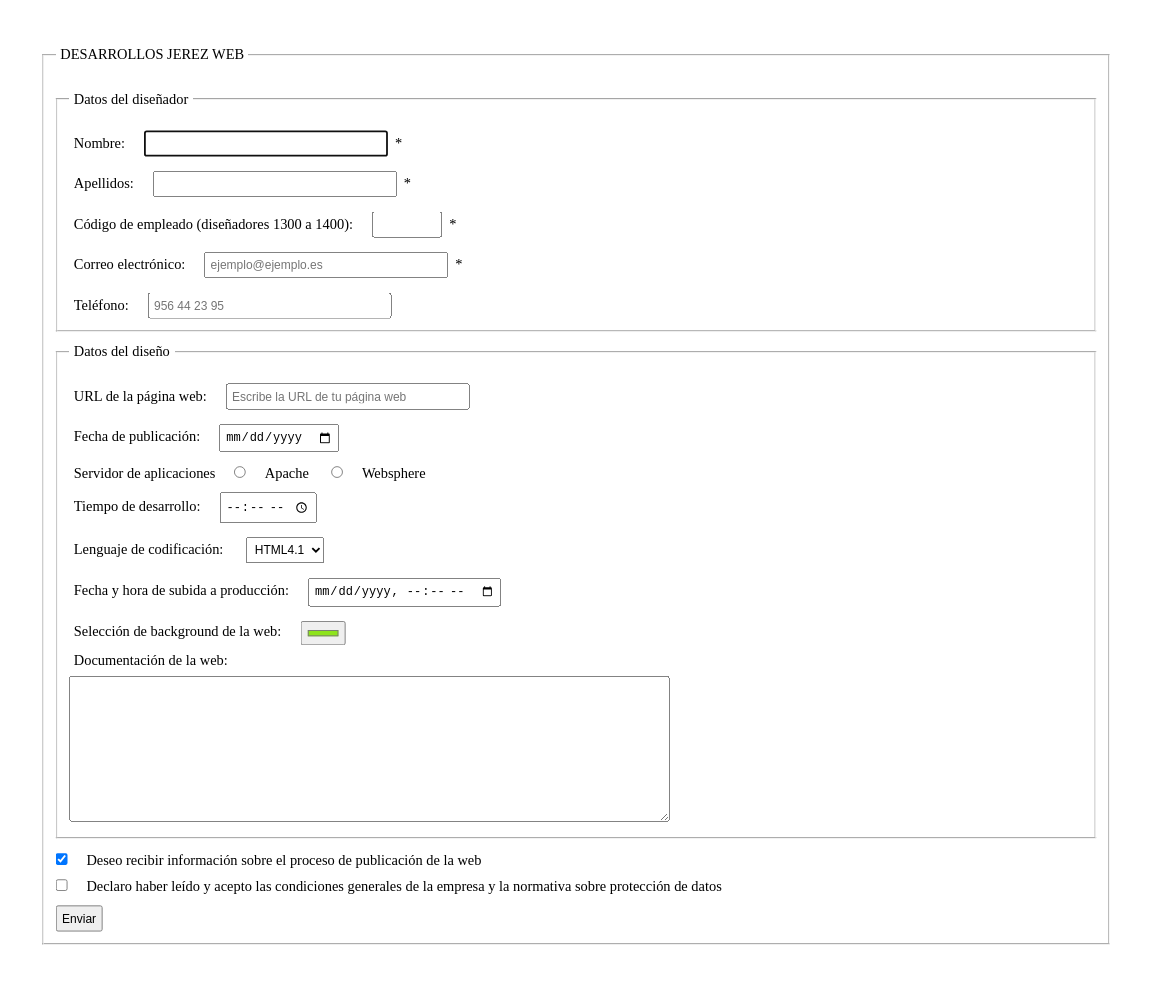
Repository: iSaan86/EV_Practica_FormularioCSS
Page: index.html
These files come from the project's save history. The page is drawn as it stood at one moment and after the next save; the edit follows.
The browser window is 1280 px wide. The pictures show the whole page, at 90% of full size.

Above is the page before, as saved 2024-01-11 17:22:52.

### index.html
<!DOCTYPE html>
<html lang="es-ES">

<head>
    <meta charset="UTF-8">
    <meta name="viewport" content="width=device-width, initial-scale=1.0">
    <meta name="keywords" content="formulario, html, css, practica">
    <meta name="description" content="Formularios">
    <meta name="author" content="Alexandra Ferrera Arenas">
    <link rel="icon" type="image/x-icon" href="img/logo-giro.png">
    <link rel="stylesheet" href="css/estilo.css">
    <title> Desarrollos JEREZ WEB </title>
</head>

<body>
    <!-- ABRO FORMULARIO -->
    <form method="get" action="" name="formulario1" id="formulario1">
        <!--AGRUPACION GENERAL-->
        <fieldset>
            <legend class="datos">DESARROLLOS JEREZ WEB</legend>
            <fieldset><legend class="datos2">Datos del diseñador</legend>
                <label for="nombre">Nombre:</label><input type="text" id="nombre" name="nombre" alt="indique su nombre" size="30%" autofocus required minlength="2" maxlength="50">*<br>
                <label for="apellidos">Apellidos:</label><input type="text" id="apellidos" name="apellidos" alt="indique sus apellidos" size="30%" required minlength="2" maxlength="50">*<br>
                <label for="codigo">Código de empleado (diseñadores 1300 a 1400):</label><input type="number" id="codigo" name="codigo" alt="indique su código de empleado" required min="1300" max="1400">*<br>
                <label for="email">Correo electrónico:</label><input type="email" id="email" name="email" alt="indique su email" size="30%" placeholder="ejemplo@ejemplo.es" required>*<br>
                <label for="telefono">Teléfono:</label><input type="tel" id="telefono"  name="telefono" alt="indique su telefono" size="30%" placeholder="956 44 23 95"><br>
            </fieldset>
            <fieldset><legend class="datos2">Datos del diseño</legend>
                <label for="url">URL de la página web:</label><input type="url" id="url" name="url" alt="indique la URL de la pagina web" size="30%" placeholder="Escribe la URL de tu página web"><br>
                <label for="fecha">Fecha de publicación:</label><input type="date" name="fecha" id="fecha"><br>
                <label for="servidor">Servidor de aplicaciones</label><input type="radio" id="apache" name="servidor" alt="verificar apache" value="Apache"><label for="hombre">Apache</label>
                <input type="radio" id="websphere" name="servidor" alt="verificar websphere" value="Websphere"><label for="mujer">Websphere</label><br>
                <label for="tiempo">Tiempo de desarrollo:</label><input type="time" name="tiempo" id="tiempo"><br>
                <label for="lenguaje">Lenguaje de codificación:</label>
                <select id="lenguaje" name="lenguaje" alt="Elija lenguaje de codificación"><br>
                    <option value="html4.1">HTML4.1</option>
                    <option value="xhtml">XHTML</option>
                    <option value="html5">HTML5</option>
                </select><br>
                <label for="fechayhora">Fecha y hora de subida a producción:</label><input type="datetime-local" name="fechayhora" size="30%"><br>
                <label for="fondo">Selección de background de la web:</label><input type="color" name="fondo" size="30%" value="#8ee41b"><br>
                <label for="areatexto">Documentación de la web:</label><br>
                <textarea name="areatexto" cols="80" rows="10"></textarea>
            </fieldset>
            <input type="checkbox" name="acepto1" id="acepto1" alt="Check acepto recibir información" checked><label for="acepto1">Deseo recibir información sobre el proceso de publicación de la web</label><br>
            <input type="checkbox" name="acepto2" id="acepto2" alt="Check acepto condiciones"><label for="acepto1">Declaro haber leído y acepto las condiciones generales de la empresa y la normativa sobre protección de datos</label><br>
            <input type="submit" value="Enviar" alt="enviar">




        </fieldset>
    </form>




</body>





</html>

### css/estilo.css
@charset "UTF-8";

/* Para todo el html */
*{
    padding: 5px;
    margin:8px;
}

After the next save:
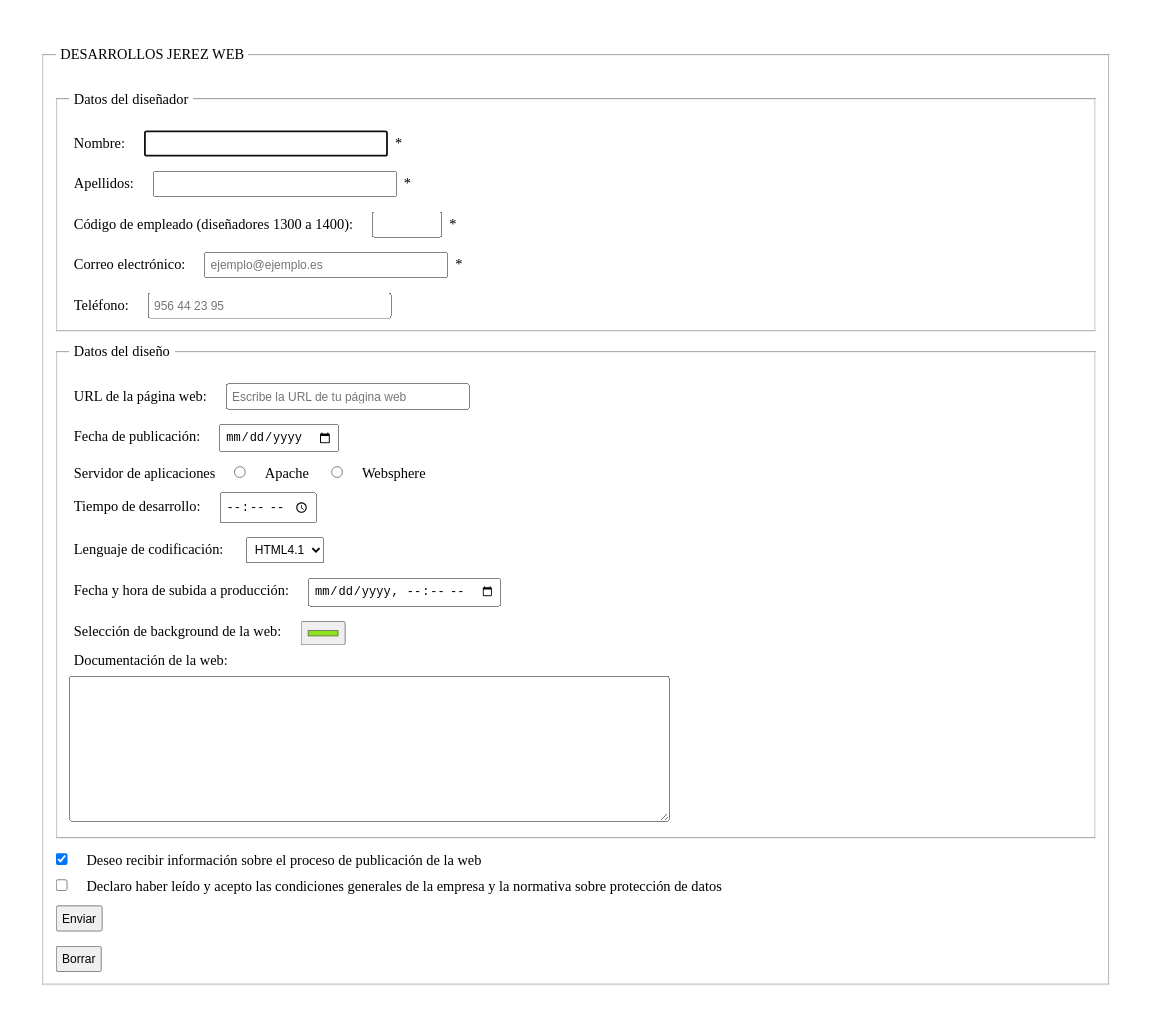
Saved 42 s later.
--- a/index.html
+++ b/index.html
@@ -44,7 +44,8 @@
             </fieldset>
             <input type="checkbox" name="acepto1" id="acepto1" alt="Check acepto recibir información" checked><label for="acepto1">Deseo recibir información sobre el proceso de publicación de la web</label><br>
             <input type="checkbox" name="acepto2" id="acepto2" alt="Check acepto condiciones"><label for="acepto1">Declaro haber leído y acepto las condiciones generales de la empresa y la normativa sobre protección de datos</label><br>
-            <input type="submit" value="Enviar" alt="enviar">
+            <input type="submit" value="Enviar" alt="enviar"><br>
+            <input type="reset" value="Borrar" alt="Borrar formulario">
 
 
 
